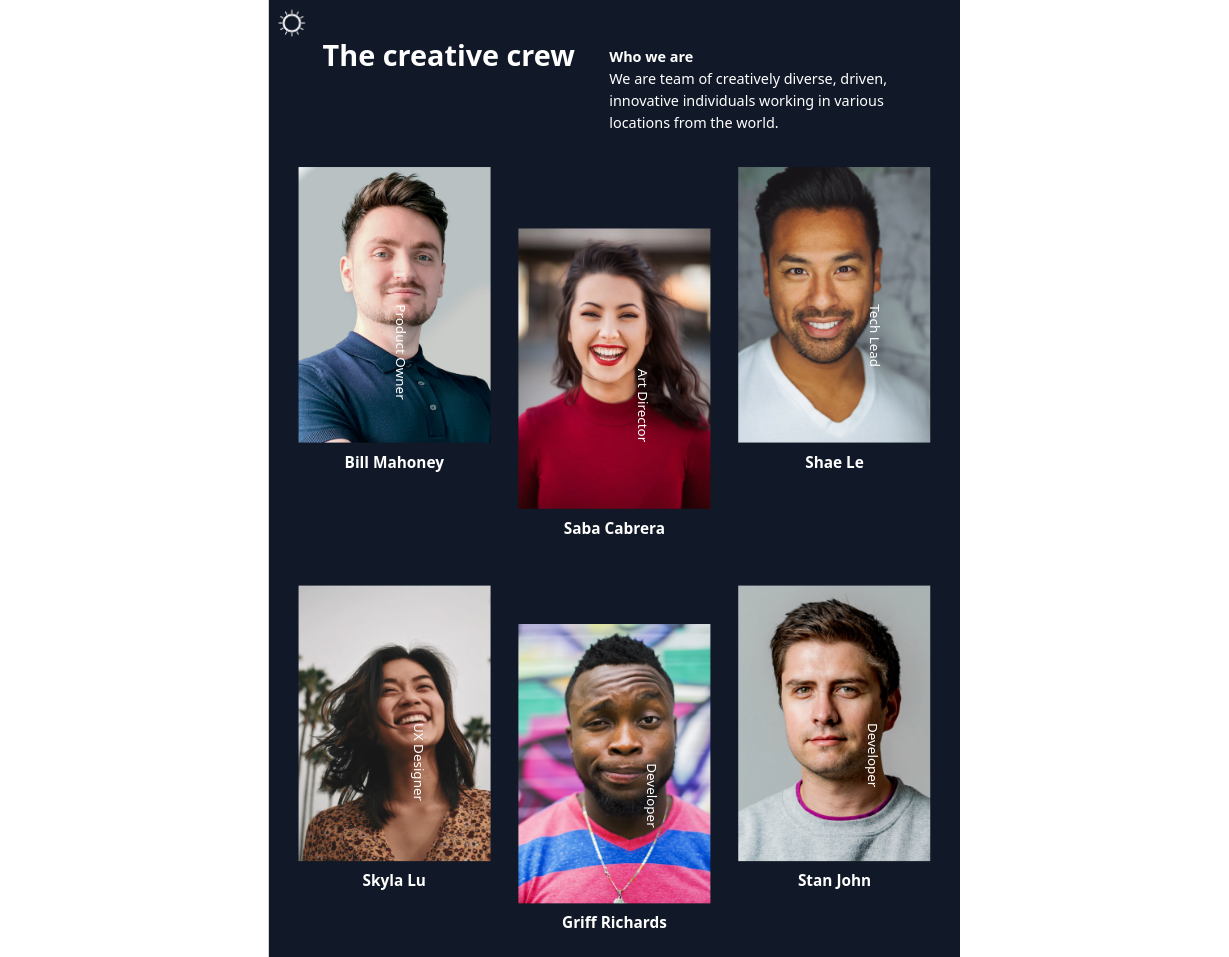
Repository: Alzate1075/Funval-G3-N2
Page: /
These files come from the project's save history. The page is drawn as it stood at one moment and after the next save; the edit follows.
The browser window is 1280 px wide. The pictures show the whole page, at 96% of full size.
The project was rebuilt for these pictures with package versions that can differ from the ones it lists, and the page was loaded fresh each time. Also part of the build but not shown: vite.config.js.

Above is the page before, as saved 2025-07-02 23:39:41.

After the next save:
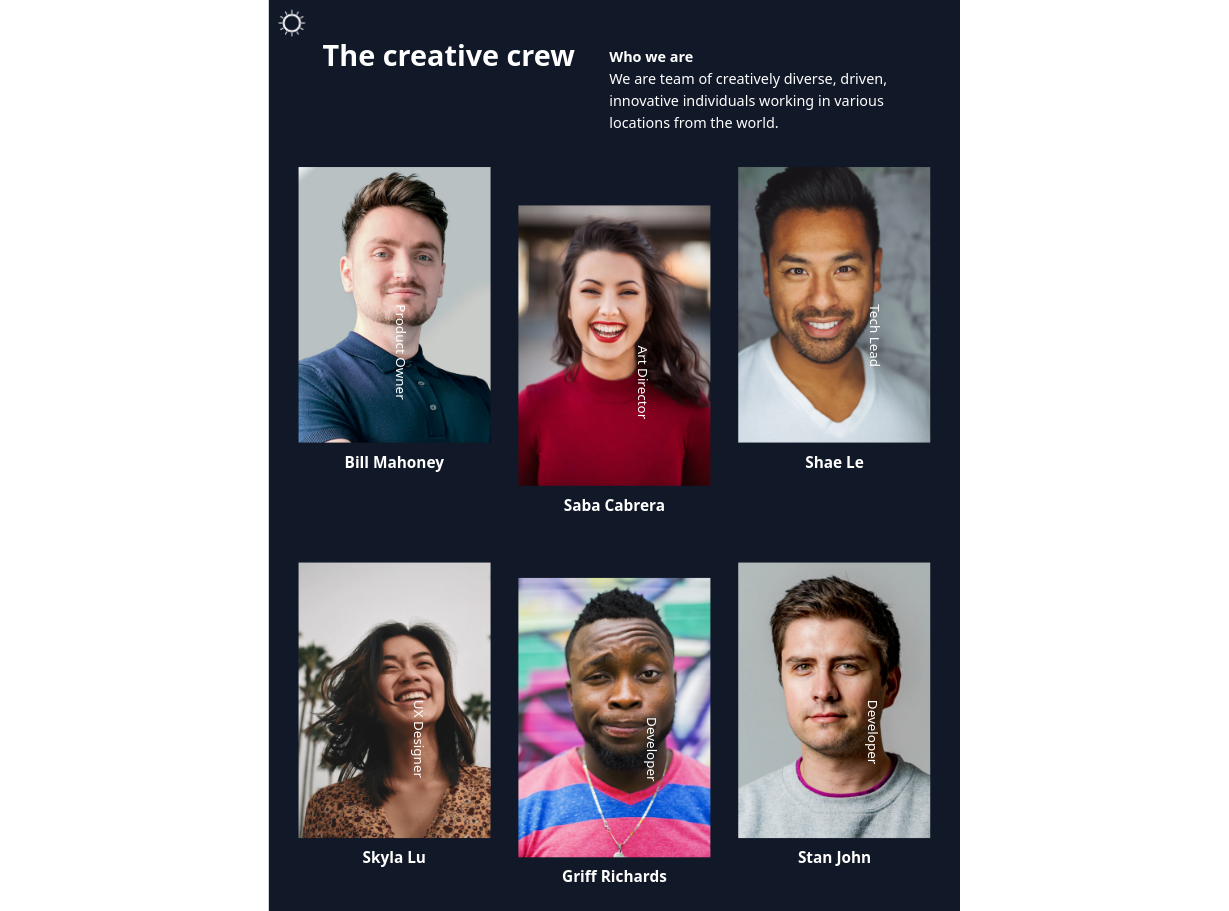
Saved 28 s later.
--- a/src/App.jsx
+++ b/src/App.jsx
@@ -29,7 +29,7 @@ function App() {
             role={persona.role}
             image={persona.image}
             extraClass={`${index % 2 === 1 ? "mt-6" : ""} ${
-              index % 3 === 1 ? "md:mt-16" : ""
+              index % 3 === 1 ? "md:mt-10" : ""
             }`}
           />
         ))}
